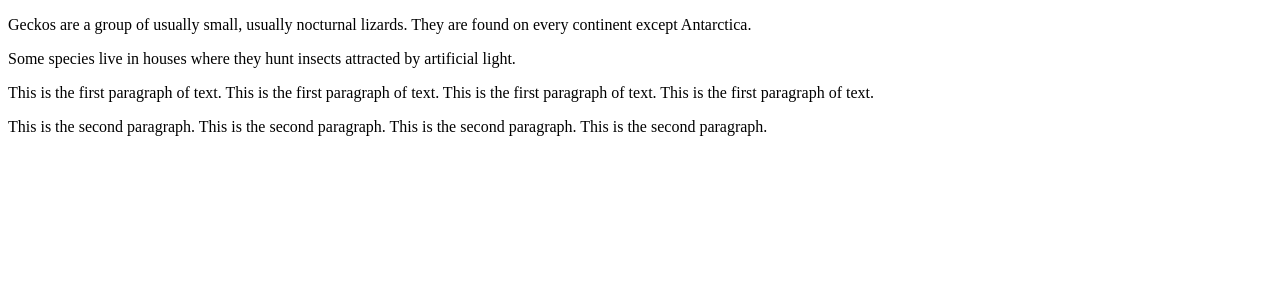
Repository: Bsharpenski/mini-movi-list
Page: html-excercise1/index.html
These files come from the project's save history. The page is drawn as it stood at one moment and after the next save; the edit follows.
The browser window is 1280 px wide. The pictures show the whole page.

Above is the page before, as saved 2025-01-28 17:58:46.

### html-excercise1/index.html
<!DOCTYPE html>
<html>
    <head>
        <title>
        </title>
    </head>
    <body>

        <p>
            Geckos are a group of usually small, usually nocturnal lizards. They are found on every continent except Antarctica.
          </p>

          <p>Some species live in houses where they hunt insects attracted by artificial light.</p>
          <p>
            This is the first paragraph of text. This is the first paragraph of text. This
            is the first paragraph of text. This is the first paragraph of text.
          </p>
          <p>
            This is the second paragraph. This is the second paragraph. This is the second
            paragraph. This is the second paragraph.
          </p>



    </body>
</html>

After the next save:
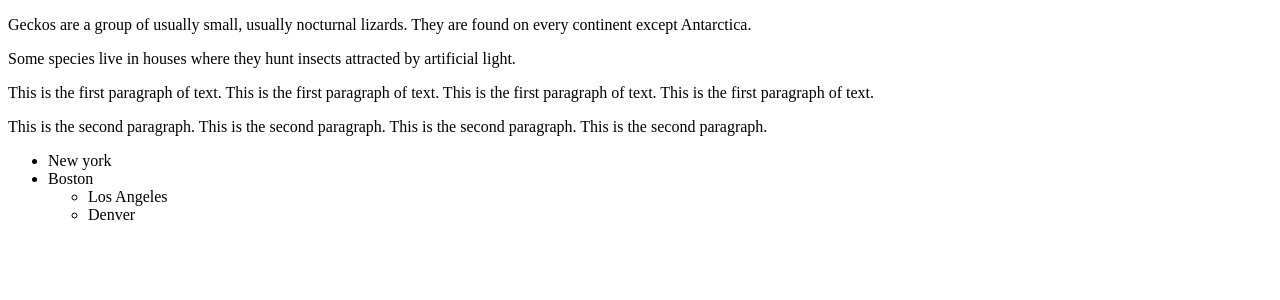
Saved 7 min 0 s later.
--- a/html-excercise1/index.html
+++ b/html-excercise1/index.html
@@ -19,6 +19,16 @@
             This is the second paragraph. This is the second paragraph. This is the second
             paragraph. This is the second paragraph.
           </p>
+          <ul>
+            <li>New york</li>
+            <li>
+                Boston
+                <ul>
+                   <li> Los Angeles</li>
+                   <li> Denver </li>
+                </ul>
+            </li>
+          </ul>
 
 
 
